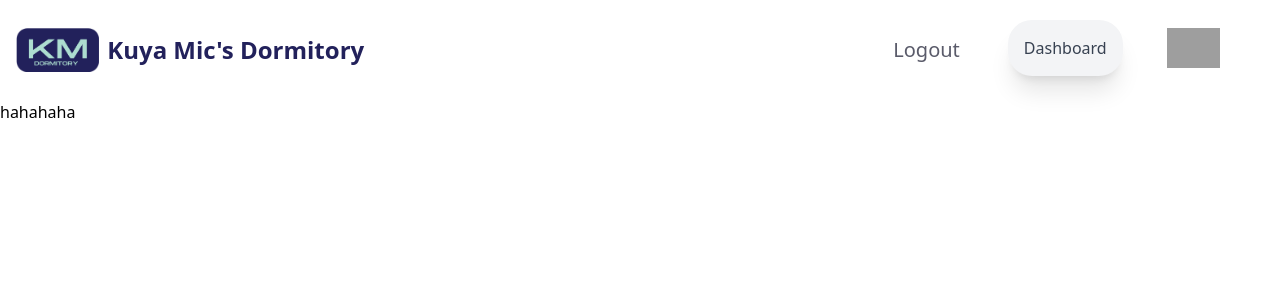
Repository: theamgri/Dormitory-Management-System
Page: logstatus.html
These files come from the project's save history. The page is drawn as it stood at one moment and after the next save; the edit follows.
The browser window is 1280 px wide. The pictures show the whole page.
Pictures or frames that could not be fetched are drawn as grey boxes. Some web libraries are served in a nearby version.

Above is the page before, as saved 2023-02-27 21:33:10.

### logstatus.html
<!DOCTYPE html>
<html lang="en">
<head>
    <script src="https://cdn.tailwindcss.com"></script>
    <script src="https://unpkg.com/flowbite@1.5.5/dist/datepicker.js"></script>
    <meta charset="UTF-8">
    <meta http-equiv="X-UA-Compatible" content="IE=edge">
    <meta name="viewport" content="width=device-width, initial-scale=1.0">
    <link rel="icon" type="image/x-icon" href="/assets/logo.png">
    <title>Tenant Log Status</title>


    <nav class="bg-white border-gray-200 px-2 lg:px-4 py-1 rounded dark:bg-gray-100">
        <div class="container flex flex-wrap items-center justify-between mx-auto">
          <a href="https://flowbite.com/" class="flex items-left">
              <img src="/assets/logo.png" class="h-11" alt="KM Logo" />
              <span class="self-center align-middle pl-2 text-2xl font-Montserrat font-bold whitespace-nowrap" style="color: #22215B">Kuya Mic's Dormitory </span>
          </a>

          <button data-collapse-toggle="navbar-default" type="button" class="inline-flex items-center p-2 ml-3 text-sm text-gray-500 rounded-lg md:hidden hover:bg-gray-100 focus:outline-none focus:ring-2 focus:ring-gray-200 dark:text-gray-400 dark:hover:bg-gray-700 dark:focus:ring-gray-600" aria-controls="navbar-default" aria-expanded="false">
          <svg class="w-6 h-6" aria-hidden="true" fill="currentColor" viewBox="0 0 20 20" xmlns="http://www.w3.org/2000/svg"><path fill-rule="evenodd" d="M3 5a1 1 0 011-1h12a1 1 0 110 2H4a1 1 0 01-1-1zM3 10a1 1 0 011-1h12a1 1 0 110 2H4a1 1 0 01-1-1zM3 15a1 1 0 011-1h12a1 1 0 110 2H4a1 1 0 01-1-1z" clip-rule="evenodd"></path></svg>
          </button>
          <div class="hidden w-full md:block md:w-auto" id="navbar-default">
            <ul class="flex flex-col p-4 mt-4 border border-gray-100 rounded-lg md:flex-row md:space-x-8 md:mt-0 md:text-sm md:font-medium md:border-0">
              <li>
                <a href="login.html" class="block bg-blue-700 font-Montserrat rounded text-xl md:bg-transparent md:text-blue-700 md:p-4" aria-current="page" style="color: #5A5B6A">Logout</a>
              </li>
              <li>
                <a href="home.html" class="block shadow-xl bg-gray-100 font-Montserrat rounded-3xl text-base md:text-gray-700 md:p-4" aria-current="page">Dashboard</a>
              </li>
              <li>
                <a href="#" class="block py-2 pl-3 pr-4" aria-current="page"><img src="https://icones.pro/wp-content/uploads/2021/02/icone-utilisateur-gris.png" class="h-1 mr-3 sm:h-10" alt="KM Logo" /></a>
              </li>
            </ul>
          </div>

        </div>
      </nav>
</head>
<body>
    <div class="w-full h-0 shadow-lg aspect-w-1 aspect-h-1 rounded-xl bg-yellow-300">hahahaha</div>



</body>
</html>

After the next save:
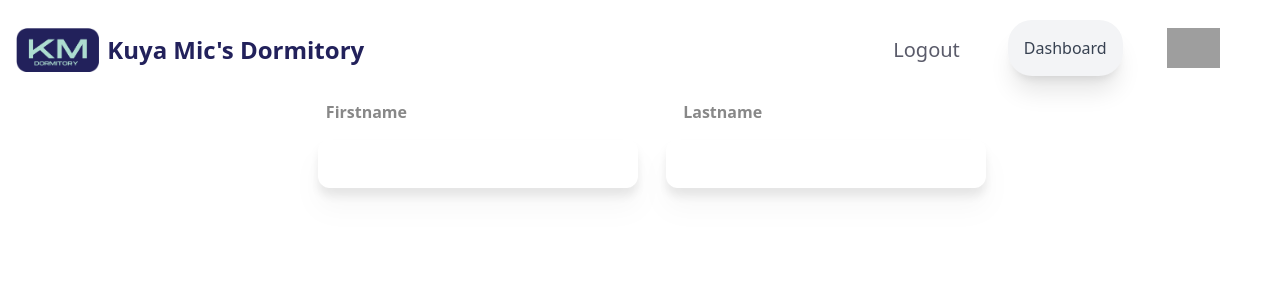
Saved 6 min 23 s later.
--- a/logstatus.html
+++ b/logstatus.html
@@ -38,7 +38,17 @@
       </nav>
 </head>
 <body>
-    <div class="w-full h-0 shadow-lg aspect-w-1 aspect-h-1 rounded-xl bg-yellow-300">hahahaha</div>
+    <div class="w-full h-0 shadow-lg aspect-w-1 aspect-h-1 rounded-xl bg-yellow-300">
+
+        <div class="text-center">
+            <label for="name" class="text-l font-semibold font-Montserrat" style="margin-left: -12rem; color: #888888">Firstname</label>
+            <label for="name" class="text-l font-semibold font-Montserrat" style="margin-left: 17rem; color: #888888">Lastname</label>
+        </div>
+   <div class="text-center pt-4">
+        <input type="fname" id="email" style="pointer-events: none; height: 3rem; width:20rem;" class="drop-shadow-xl inline-block ml-6 block p-3.5 bg-gray-10 text-gray-900 sm:text-sm rounded-xl block dark:bg-gray-100 dark:placeholder-gray-400">
+        <input type="lname" id="email" style="pointer-events: none; height: 3rem; width:20rem;" class="drop-shadow-xl inline-block ml-6 block p-3.5 bg-gray-10 text-gray-900 sm:text-sm rounded-xl block dark:bg-gray-100 dark:placeholder-gray-400">
+    </div>
+    </div>
 
 
 
